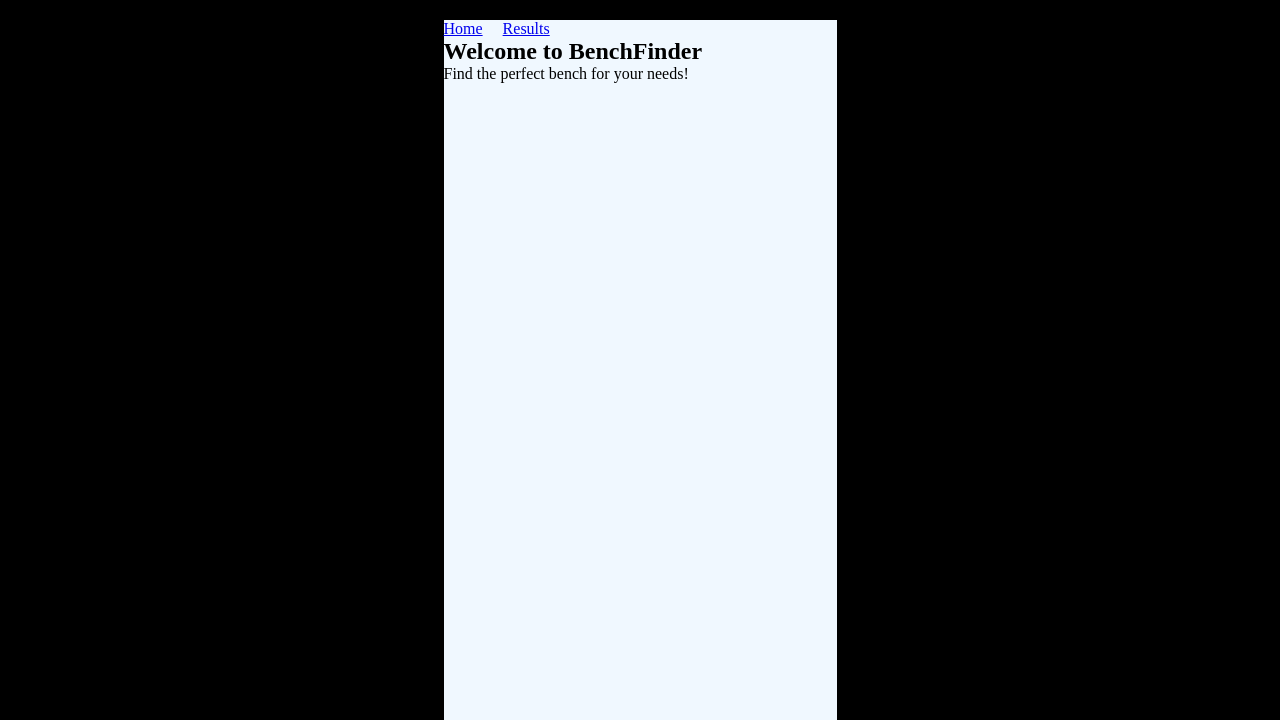
Repository: HidayatPatil/BenchFinder
Page: /
These files come from the project's save history. The page is drawn as it stood at one moment and after the next save; the edit follows.
The browser window is 1280 px wide. The pictures show the whole page.
The project was rebuilt for these pictures with package versions that can differ from the ones it lists, and the page was loaded fresh each time. Also part of the build but not shown: vite.config.js, src/Results.jsx.

Above is the page before, as saved 2025-10-09 18:07:51.

After the next save:
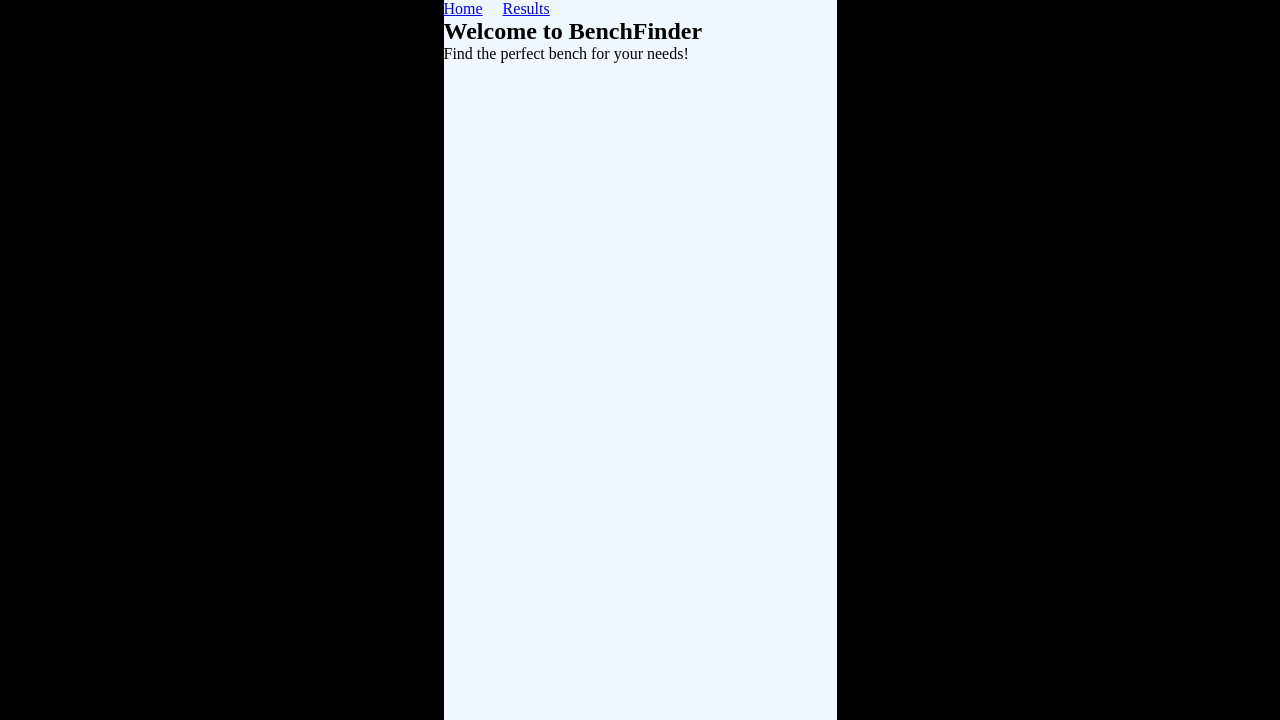
Saved 46 s later.
--- a/src/App.jsx
+++ b/src/App.jsx
@@ -6,7 +6,7 @@ export default function App(){
   return (
     <div className="app_body">
       {/* <h1 className="container">BenchFinder App</h1> */}
-      <nav style={{ marginTop: '20px' }}>
+      <nav>
         <Link to="/" style={{ marginRight: '20px' }}>Home</Link>
         <Link to="/results">Results</Link>
       </nav>
